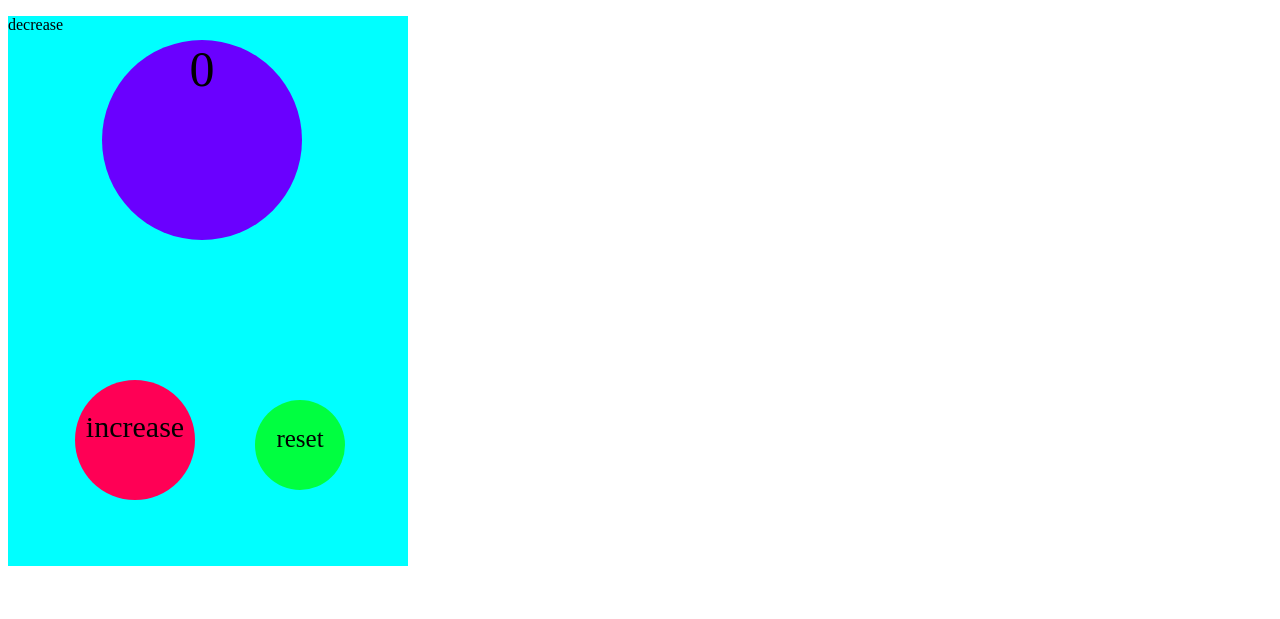
Repository: sara55m/Counter_App
Page: index.html
These files come from the project's save history. The page is drawn as it stood at one moment and after the next save; the edit follows.
The browser window is 1280 px wide. The pictures show the whole page.

Above is the page before, as saved 2024-07-30 03:31:52.

After the next save:
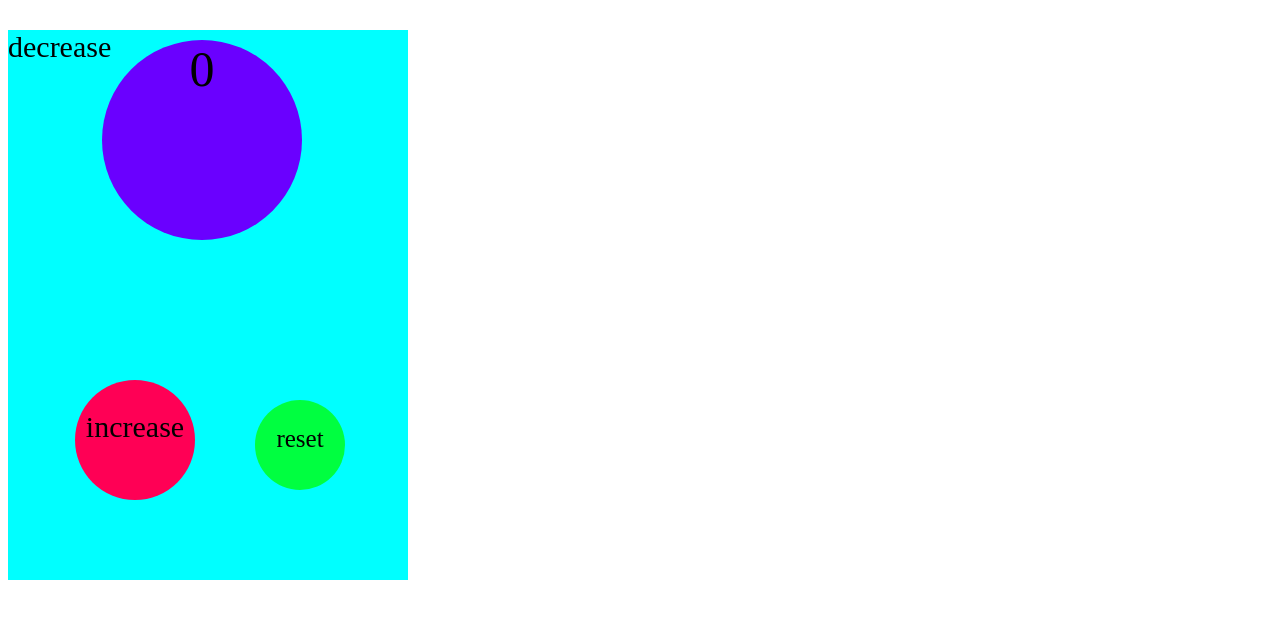
Saved 16 s later.
--- a/css/style.css
+++ b/css/style.css
@@ -28,7 +28,7 @@
     text-align: center;
     font-size: 50px;
 }
-p.first{
+p.first,p.second{
     font-size: 30px;;
 }
 
